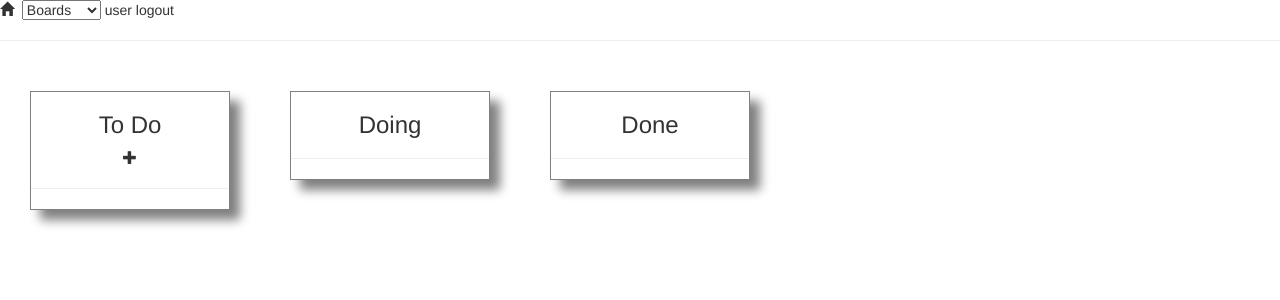
Repository: KIM-KYOUNG-OH/bitcamp-window
Page: Note/WebContent/front/note.html
The author's editor kept a copy of each file at every save. The page is drawn from the files as they stood at one save, then again after the next save.
The browser window is 1280 px wide. The pictures show the whole page.

Above is the page before, as saved 2020-10-30 09:02:48.

### Note/WebContent/front/note.html
<!DOCTYPE html>
<html>
<head>
<meta charset="UTF-8">
<title>Insert title here</title>
<!-- Latest compiled and minified CSS -->
<link rel="stylesheet" href="https://maxcdn.bootstrapcdn.com/bootstrap/3.4.1/css/bootstrap.min.css">

<!-- jQuery library -->
<script src="https://ajax.googleapis.com/ajax/libs/jquery/3.5.1/jquery.min.js"></script>

<!-- Latest compiled JavaScript -->
<script src="https://maxcdn.bootstrapcdn.com/bootstrap/3.4.1/js/bootstrap.min.js"></script>
<script src="https://code.jquery.com/jquery-3.5.0.js"></script>
<style type="text/css">
	div.boards{
		text-align: center;
		float: left;
		margin: 30px;
		border: 1px solid gray;
		box-shadow: 10px 10px 10px grey;
		width: 200px;
	}

	#create_data{
		text-align: right;
	}

	.board_title{
		display: none;
	}

	.icon{
		text-align: right;
	}

	.add_data:hover{
		cursor: pointer;
		font-weight: bold;
		color: green;
	}

	#dialog-form>form{
		position: absolute;
		left: 100px;
		top: 100px;
		width: 300px;
		border: 1px solid black;
		background-color: white;
		z-index: 10;
		padding: 10px;
	}

	#update-form>form{
		position: absolute;
		left: 100px;
		top: 100px;
		width: 300px;
		border: 1px solid black;
		background-color: white;
		z-index: 10;
		padding: 10px;
	}

	div.lst:hover{
		background-color: rgb(211,211,211);
		cursor: pointer;

	}

	div.lst{
		margin: 5px;
	}

	img.imgs{
		width: 188px;
	}

</style>
</head>
<script type="text/javascript">
$(function(){
	$("#dialog-form").hide();
	$('#update-form').hide();
	showDatas();

	$("#create_data").click(function(){
		$("#dialog-form").show();
	});

	// 노트 추가
	$("#btnadd").click(function(){
		var title = $("#title").val();
		var description = $("#description").val();
		var imageValue = $("#image").val().split("\\");
		var image = imageValue[imageValue.length-1];
		var dueDate = $("#dueDate").val();
		$.ajax({
			type:'get',
			url:'./insertdata.jsp',
			datatype:'html',
			data:{"title":title,"description":description,
				"image":image,"dueDate":dueDate},
			success:function(data){
				showDatas();
			}
		});
	});

	// insert폼창 닫기
	$("#btncancel").click(function(){
		$("#title").val('');
		$("#description").val('');
		$("#comment").val('');
		$("#image").val('');
		$("#dueDate").val('');
		$("#dialog-form").hide();
	});

	// 데이터 클릭시 form창 열기
	$(document).one('click', 'div.lst', function(data) {
		$('#update-form').show();
		var num = $(this).attr("num");
		showFormData(num);
	})

	// update폼창 닫기
	$('#up_btncancel').click(function(){
		//$("#up_title").val('');
		//$("#up_description").val('');
		//$("#up_comment").val('');
		//$("#up_image").val('');
		//$("#up_dueDate").val('');
		$('#update-form').hide();
	});

	// update
	$("#btnupdate").click(function(){
		var num = $("#up_title").attr('num');
		var title = $("#up_title").val();
		var description = $("#up_description").val();
		var commention = $("#up_comment").val();
		console.log(commention);
		var imageValue = $("#up_image").val().split("\\");
		var image = imageValue[imageValue.length-1];
		var dueDate = $("#up_dueDate").val();
		updateData(num,title,description,commention,image,dueDate);
	});

	//insert form창 작은 이미지
	$("#image").change(function(){
		console.log("1:"+$(this)[0].files.length);
		console.log("2:"+$(this)[0].files[0]);

		if($(this)[0].files[0]){
			var reader = new FileReader();
			reader.onload=function(e){
				$("#showimg").attr("src",e.target.result);
			}
			reader.readAsDataURL($(this)[0].files[0]);
		}
	});

	//update form창 작은 이미지
	$("#up_image").change(function(){
		console.log("1:"+$(this)[0].files.length);
		console.log("2:"+$(this)[0].files[0]);

		if($(this)[0].files[0]){
			var reader = new FileReader();
			reader.onload=function(e){
				$("#up_showimg").attr("src",e.target.result);
			}
			reader.readAsDataURL($(this)[0].files[0]);
		}
	});

	$("#chat").click(function(){
		var a = localStorage['email'].split('@');
		var name = a[0];
		var t = $("#up_comment").html();
		var message = $("#up_input_comment").val();
		var s = name + ">><br>&nbsp;" +message+"<br>";
		$("#up_input_comment").val('');
		t += s;
		if(message.length>0){
			$("#up_comment").html(t);
		}
	});

	// delete
	$("#btndelete").click(function(){
		var num = $("#up_title").attr('num');
		console.log(num);
		deleteData(num);
	});
});

function deleteData(num){
	$.ajax({
		type: 'get',
		url: './deletedata.jsp',
		dataType: 'html',
		data: {"num":num},
		success:function(data){
			showDatas();
		}
	});
}

function updateData(num,title,description,commention,image,dueDate){
	$.ajax({
		type: 'get',
		url: './updatedata.jsp',
		dataType: 'html',
		data:{"num":num,"title":title,"description":description,"commention":commention,
			"image":image,"dueDate":dueDate},
		success:function(data){
			showDatas();
		}
	});
}

function showFormData(num){
	$.ajax({
		type: 'post',
		url: "./getdata.jsp",
		dataType:'json',
		data:{"num":num},
		success:function(data){
			$("#up_title").attr('num',data.num);
			$("#up_title").val(data.title);
			$("#up_description").val(data.description);
			var s = data.commention;
			$("#up_comment").html(s);
			//$("#up_image").val(data.image);
			$("#up_dueDate").val(data.dueDate);

		}
	});
}

function showDatas(){
	$.ajax({
		type: 'post',
		url: "./showdatas.jsp",
		dataType:'json',
		success:function(data){
			var s = '';
			$(data).each(function(i, elt) {
				s += "<div class='lst' num='"+elt.num+"'>";
				s += "<b>"+(i+1)+". <span id='key'>"+elt.title+ "</span></b><br>";
				if(elt.description){
					s += "<span class='glyphicon glyphicon-align-left'></span><br>";
				}
				if(elt.image){
					s += "<img class='imgs' src='../image/"+elt.image+"'>";
				}
				s += "</div><hr>";
			});

			$("#datas").html(s);
		}
	});
}

</script>
<body>
<div id="dialog-form">
  <form>
	<fieldset>
	<h4 style='text-align: center;'><b>노트 추가</b></h4><br>
		<label>title</label><br>
		<input type="text" id="title" placeholder="노트명 입력"><br>
		<label>description</label><br>
		<textarea id="description" rows='8' cols='35'></textarea><br>
		<label>image</label>
		<input type="file" accept="image/*" id="image"><br>
		<img id = "showimg" style="width:140px;"><br>
		<label>dueDate</label>
		<input type="date" id="dueDate"><br>
		<button id="btnadd" type="submit" class="btn btn-success">노트 추가</button>&nbsp;
		<button id="btncancel" type='button' class="btn btn-danger">cancel</button>
	</fieldset>
  </form>
</div>

<div id="update-form">
  <form>
	<fieldset>
	<h4 style='text-align: center;'><b>노트 정보</b></h4><br>
		<label>title</label><br>
		<input type="text" id="up_title" placeholder="노트명 입력"><br>
		<label>description</label><br>
		<textarea id="up_description" style='overflow:scroll; width:268px; height: 166px;' rows='8' cols='35'></textarea><br>
		<label>commention</label><br>
		<input type="text" id="up_input_comment" placeholder="코멘트 입력">
		&nbsp;<button type="button" id='chat' class="btn btn-success" style="height: 28px; width: 80px; ">Enter</button><br>
		<div id="up_comment" style='overflow:scroll; width:268px; height: 166px;'></div><br>
		<label>image</label>
		<input type="file" accept="image/*" id="up_image"><br>
		<img id = "up_showimg" style="width:140px;"><br>
		<label>dueDate</label>
		<input type="date" id="up_dueDate"><br>
		<button id="btnupdate" type="submit" class="btn btn-success">노트 수정</button>&nbsp;
		<button id="btndelete" type="submit" class="btn btn-warning">노트 삭제</button>&nbsp;
		<button id="up_btncancel" type='button' class="btn btn-danger">cancel</button>
	</fieldset>
  </form>
</div>

<div id='head'></div>
	<span class="glyphicon glyphicon-home"></span>&nbsp;
	<select>
		<option>Boards</option>
		<option>Calendar</option>
	</select>
	<span id='user'>user</span>
	<span>logout</span>
	<hr>
<div id='body'></div>
	<div class='boards'><h3>To Do</h3>
	<span class="add_data glyphicon glyphicon-plus" id='create_data'></span>
	<hr>
	<div id='datas' class='daaas'></div>
</div>

	<div class='boards'><h3>Doing</h3>
	<hr></div>
	<div class='boards'><h3>Done</h3>
	<hr></div>
</body>
</html>

After the next save:
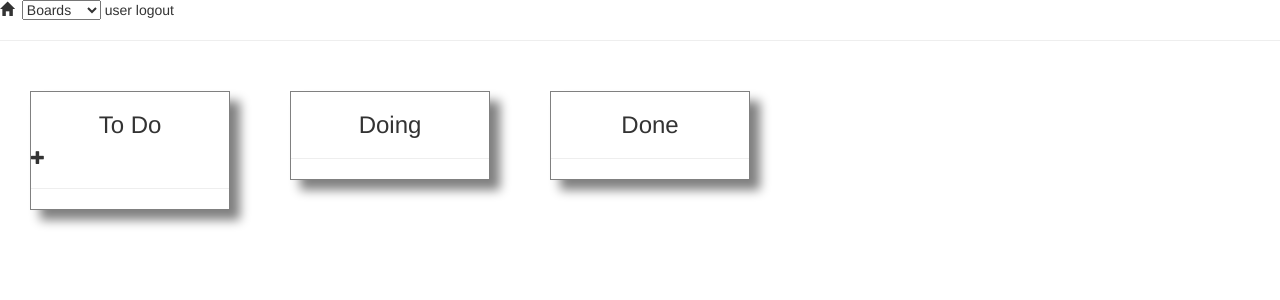
Saved 119 s later.
--- a/Note/WebContent/front/note.html
+++ b/Note/WebContent/front/note.html
@@ -14,12 +14,15 @@
 <script src="https://code.jquery.com/jquery-3.5.0.js"></script>
 <style type="text/css">
 	div.boards{
-		text-align: center;
 		float: left;
 		margin: 30px;
 		border: 1px solid gray;
 		box-shadow: 10px 10px 10px grey;
 		width: 200px;
+	}
+
+	div.boards h3{
+		text-align: center;
 	}
 
 	#create_data{
